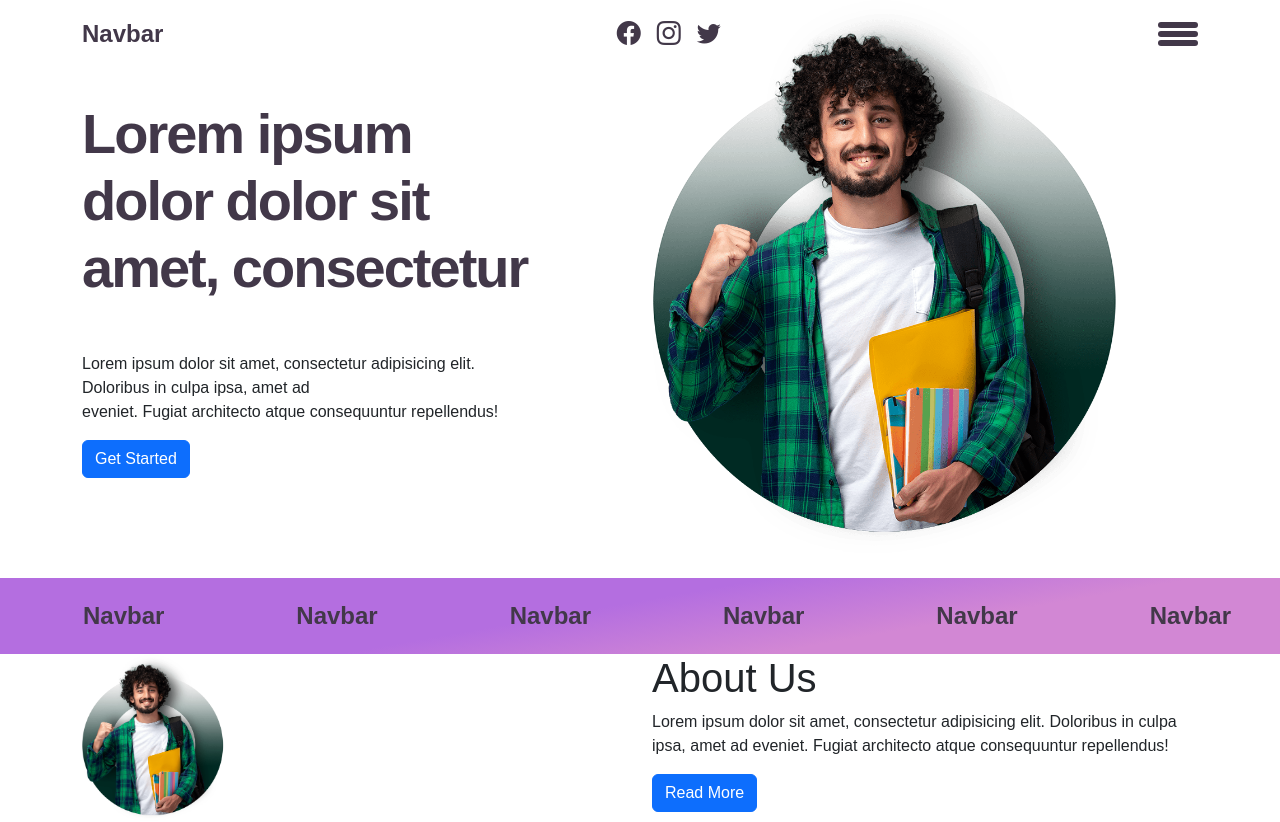
Repository: tagnam/project27012025
Page: index.html
These files come from the project's save history. The page is drawn as it stood at one moment and after the next save; the edit follows.
The browser window is 1280 px wide. The pictures show the whole page.

Above is the page before, as saved 2025-01-27 16:17:46.

After the next save:
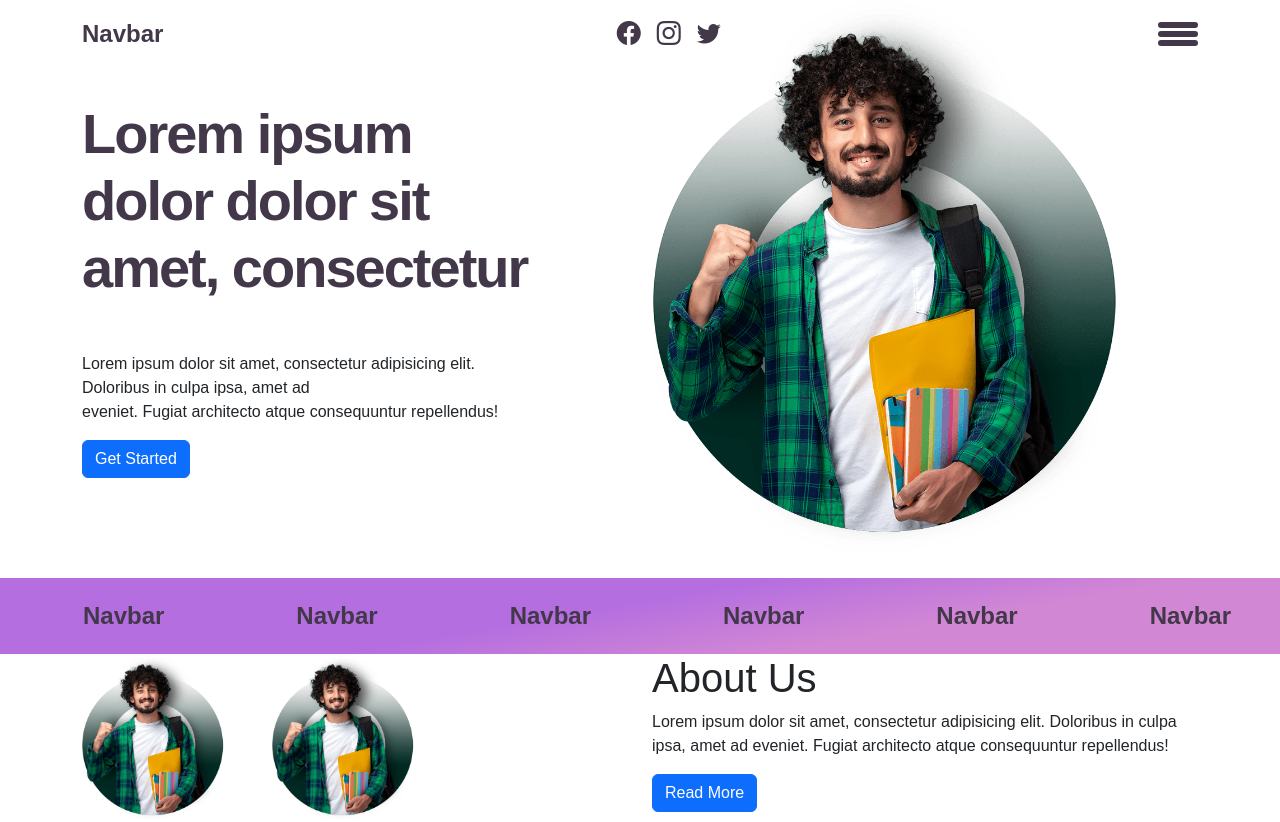
Saved 8 s later.
--- a/index.html
+++ b/index.html
@@ -137,7 +137,9 @@
                         </div>
                     </div>
                     <div class="col">
-                        <div class="img"></div>
+                        <div class="img">
+                            <img src="image/hero-banner-01.webp" class="w-100" alt="">
+                        </div>
                     </div>
                     <div class="col">
                         <div class="img"></div>
